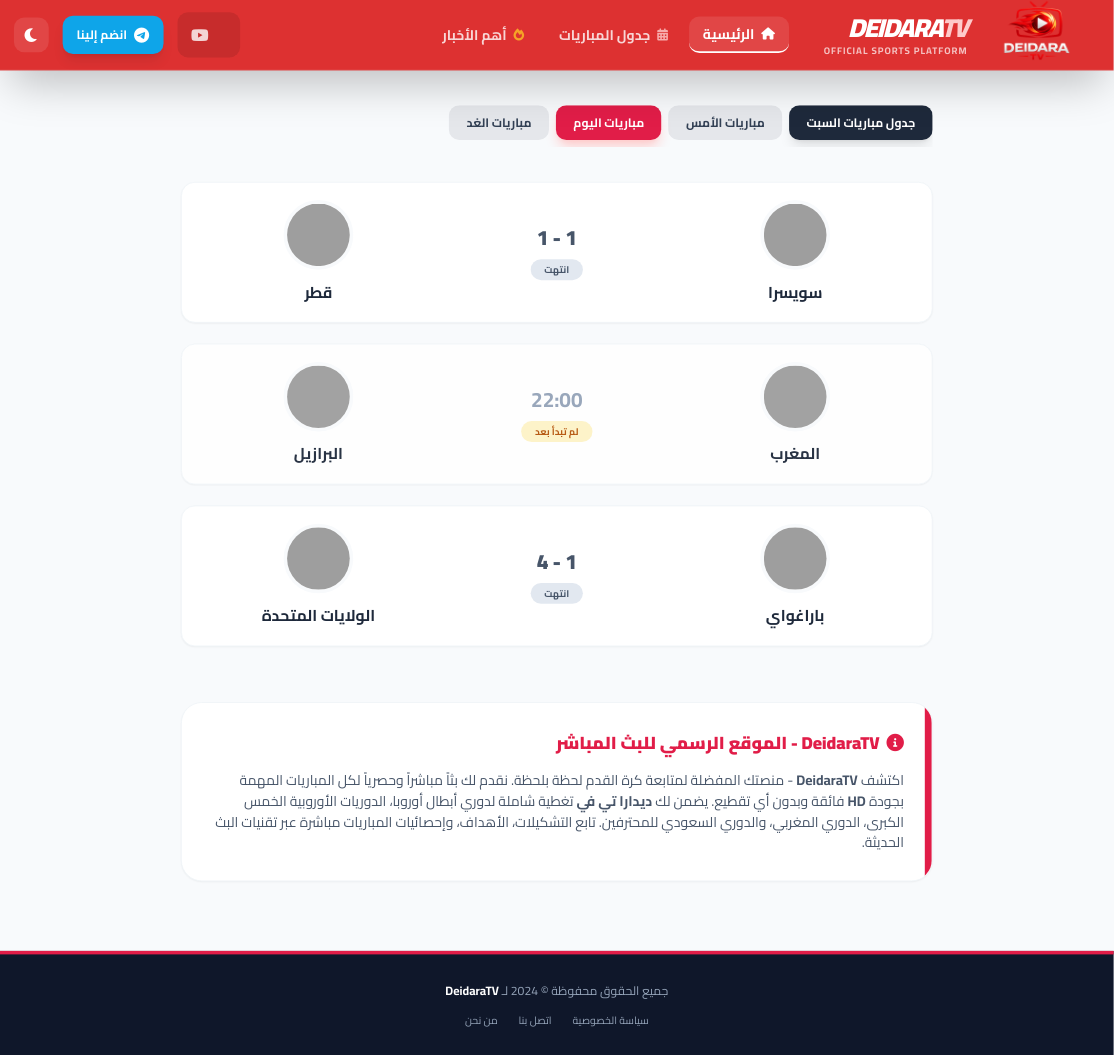
Repository: zakariax05/deidaraTV
Page: index.html
The author's editor kept a copy of each file at every save. The page is drawn from the files as they stood at one save, then again after the next save.
The browser window is 1280 px wide. The pictures show the whole page, at 87% of full size.
Pictures or frames that could not be fetched are drawn as grey boxes. Some web libraries are served in a nearby version.

Above is the page before, as saved 2026-06-14 02:01:14.

### index.html
<!DOCTYPE html>
<html lang="ar" dir="rtl">

<head>
  <meta charset="UTF-8">
  <meta name="viewport" content="width=device-width, initial-scale=1.0">
  <title>DeidaraTV - ديدارا تي في | بث مباشر للمباريات</title>
  <script src="https://cdn.tailwindcss.com"></script>
  <link href="https://cdnjs.cloudflare.com/ajax/libs/font-awesome/6.0.0/css/all.min.css" rel="stylesheet">
  <style>
    @import url('https://fonts.googleapis.com/css2?family=Cairo:wght@400;600;700;900&display=swap');

    body {
      font-family: 'Cairo', sans-serif;
      background-color: #f8fafc;
    }

    .match-card {
      transition: all 0.3s ease;
    }

    .match-card:hover {
      transform: scale(1.01);
      box-shadow: 0 10px 20px -5px rgba(0, 0, 0, 0.1);
    }

    .bg-red-primary {
      background-color: #e11d48;
    }

    .text-red-primary {
      color: #e11d48;
    }

    .border-red-primary {
      border-color: #e11d48;
    }
  </style>
</head>

<body class="text-slate-800">

  <!-- Header / الهيدر -->
  <!-- الهيدر المطور للرئيسية - DeidaraTV -->
  <header
    class="bg-red-600 text-white shadow-2xl sticky top-0 z-[100] backdrop-blur-md bg-opacity-95 border-b border-white/10">
    <div class="container mx-auto px-4">
      <div class="flex justify-between items-center h-16 md:h-20">

        <!-- القسم الأيمن: الشعار والقائمة -->
        <div class="flex items-center gap-6 md:gap-10">
          <!-- اللوجو مع ميزة إعادة التحميل -->
          <div onclick="window.location.reload()"
            class="flex items-center gap-3 cursor-pointer group select-none transition-transform active:scale-95">
            <img src="imgs/logo-deidaratv.png" alt="DeidaraTV Logo"
              class="h-16 md:h-[140px] w-auto object-contain group-hover:brightness-110 transition-all">
            <div class="flex flex-col">
              <h1 class="text-xl md:text-3xl font-black italic tracking-tighter uppercase leading-none">
                Deidara<span class="text-red-200">TV</span>
              </h1>
              <span class="text-[9px] md:text-[11px] font-bold opacity-70 tracking-widest uppercase">Official
                Sports Platform</span>
            </div>
          </div>

          <!-- الروابط الأساسية (تظهر في الشاشات الكبيرة) -->
          <nav class="hidden lg:flex items-center gap-2">
            <a href="#"
              class="flex items-center gap-2 px-4 py-2 rounded-xl bg-white/10 hover:bg-white/20 transition-all font-bold border-b-2 border-white">
              <i class="fas fa-home text-sm"></i> الرئيسية
            </a>
            <a href="#"
              class="flex items-center gap-2 px-4 py-2 rounded-xl hover:bg-white/10 transition-all font-bold opacity-80 hover:opacity-100">
              <i class="fas fa-calendar-alt text-sm text-red-200"></i> جدول المباريات
            </a>
            <a href="#"
              class="flex items-center gap-2 px-4 py-2 rounded-xl hover:bg-white/10 transition-all font-bold opacity-80 hover:opacity-100">
              <i class="fas fa-fire text-sm text-amber-400"></i> أهم الأخبار
            </a>
          </nav>
        </div>

        <!-- القسم الأيسر: أيقونات التواصل والأدوات -->
        <div class="flex items-center gap-2 md:gap-4">

          <!-- أيقونات التواصل الاجتماعي بتنسيق أرقى -->
          <div class="hidden sm:flex items-center bg-black/10 rounded-xl px-2 py-1 gap-1">
            <a href="#" class="p-2 hover:bg-white/10 rounded-lg transition-colors text-white/80 hover:text-white"
              title="Twitter">
              <i class="fab fa-x-twitter text-lg"></i>
            </a>
            <a href="#" class="p-2 hover:bg-white/10 rounded-lg transition-colors text-white/80 hover:text-white"
              title="YouTube">
              <i class="fab fa-youtube text-lg"></i>
            </a>
          </div>

          <!-- زر تليجرام (مميز بلونه الخاص) -->
          <a href="#"
            class="bg-sky-500 hover:bg-sky-400 text-white p-2 md:px-4 md:py-2 rounded-xl transition-all shadow-lg flex items-center gap-2 font-bold text-sm">
            <i class="fab fa-telegram-plane text-lg"></i>
            <span class="hidden md:inline">انضم إلينا</span>
          </a>

          <!-- زر الوضع الليلي -->
          <button
            class="w-10 h-10 flex items-center justify-center rounded-xl bg-white/10 hover:bg-white/20 transition-colors">
            <i class="fas fa-moon text-lg"></i>
          </button>

          <!-- زر الموبايل -->
          <button class="lg:hidden w-10 h-10 flex items-center justify-center rounded-xl bg-white/10 hover:bg-white/20">
            <i class="fas fa-bars text-xl"></i>
          </button>
        </div>

      </div>
    </div>
  </header>

  <!-- Content / المحتوى الرئيسي -->
  <main class="container mx-auto px-4 max-w-4xl mt-10 pb-20">

    <!-- الأزرار العلوية -->
    <div class="flex flex-wrap justify-start gap-2 mb-10 overflow-x-auto pb-2">
      <button class="px-5 py-2.5 bg-slate-800 text-white rounded-xl text-sm font-bold whitespace-nowrap shadow-lg">جدول
        مباريات السبت</button>
      <button
        class="px-5 py-2.5 bg-gray-200 hover:bg-gray-300 text-slate-700 rounded-xl text-sm font-bold transition whitespace-nowrap">مباريات
        الأمس</button>
      <button
        class="px-5 py-2.5 bg-red-primary text-white rounded-xl text-sm font-bold shadow-lg shadow-red-200 whitespace-nowrap">مباريات
        اليوم</button>
      <button
        class="px-5 py-2.5 bg-gray-200 hover:bg-gray-300 text-slate-700 rounded-xl text-sm font-bold transition whitespace-nowrap">مباريات
        الغد</button>
    </div>

    <!-- قائمة المباريات -->
    <div class="space-y-6">

      <!-- مباراة مباشرة -->
      <div
        class="match-card bg-white rounded-2xl p-5 flex items-center justify-between border border-slate-100 shadow-sm">
        <div class="flex flex-col items-center w-1/3">
          <img src="https://flagcdn.com/w160/ch.png" alt="سويسرا"
            class="w-14 h-14 md:w-20 md:h-20 rounded-full object-cover border-4 border-slate-50 shadow-inner mb-3">
          <span class="font-bold text-sm md:text-lg">سويسرا</span>
        </div>

        <div class="flex flex-col items-center w-1/3">
          <div class="text-2xl font-black text-slate-600 mb-2">1 - 1</div>
          <span class="bg-slate-200 text-slate-600 text-[11px] px-4 py-1 rounded-full font-bold">انتهت</span>
        </div>

        <div class="flex flex-col items-center w-1/3">
          <img src="https://flagcdn.com/w160/qa.png" alt="قطر"
            class="w-14 h-14 md:w-20 md:h-20 rounded-full object-cover border-4 border-slate-50 shadow-inner mb-3">
          <span class="font-bold text-sm md:text-lg">قطر</span>
        </div>
      </div>

      <!-- مباراة المغرب (لم تبدأ) -->
      <!-- قمت بتغيير الـ div الأول إلى a وإضافة الرابط و cursor-pointer -->
      <a href="watching-page.html"
        class="match-card bg-white rounded-2xl p-5 flex items-center justify-between border border-slate-100 shadow-sm opacity-95 cursor-pointer hover:bg-slate-50 transition-all block">

        <!-- الفريق الأول -->
        <div class="flex flex-col items-center w-1/3">
          <img src="https://flagcdn.com/w160/ma.png" alt="المغرب"
            class="w-14 h-14 md:w-20 md:h-20 rounded-full object-cover border-4 border-slate-50 shadow-inner mb-3">
          <span class="font-bold text-sm md:text-lg text-slate-800">المغرب</span>
        </div>

        <!-- توقيت المباراة -->
        <div class="flex flex-col items-center w-1/3">
          <div class="text-2xl font-bold text-slate-400 mb-2">22:00</div>
          <span class="bg-amber-100 text-amber-700 text-[11px] px-4 py-1 rounded-full font-bold">لم تبدأ
            بعد</span>
        </div>

        <!-- الفريق الثاني -->
        <div class="flex flex-col items-center w-1/3">
          <img src="https://flagcdn.com/w160/br.png" alt="البرازيل"
            class="w-14 h-14 md:w-20 md:h-20 rounded-full object-cover border-4 border-slate-50 shadow-inner mb-3">
          <span class="font-bold text-sm md:text-lg text-slate-800">البرازيل</span>
        </div>
      </a>

      <!-- مباراة منتهية -->
      <div
        class="match-card bg-white rounded-2xl p-5 flex items-center justify-between border border-slate-100 shadow-sm bg-slate-50/50">
        <div class="flex flex-col items-center w-1/3">
          <img src="https://flagcdn.com/w160/py.png" alt="باراغواي"
            class="w-14 h-14 md:w-20 md:h-20 rounded-full object-cover border-4 border-slate-50 shadow-inner mb-3">
          <span class="font-bold text-sm md:text-lg">باراغواي</span>
        </div>

        <div class="flex flex-col items-center w-1/3">
          <div class="text-2xl font-black text-slate-600 mb-2">1 - 4</div>
          <span class="bg-slate-200 text-slate-600 text-[11px] px-4 py-1 rounded-full font-bold">انتهت</span>
        </div>

        <div class="flex flex-col items-center w-1/3">
          <img src="https://flagcdn.com/w160/us.png" alt="الولايات المتحدة"
            class="w-14 h-14 md:w-20 md:h-20 rounded-full object-cover border-4 border-slate-50 shadow-inner mb-3">
          <span class="font-bold text-sm md:text-lg">الولايات المتحدة</span>
        </div>
      </div>

    </div>

    <!-- SEO / قسم المعلومات -->
    <section
      class="mt-16 bg-white rounded-3xl p-8 border border-slate-100 shadow-sm leading-relaxed relative overflow-hidden">
      <div class="absolute top-0 right-0 w-2 h-full bg-red-primary"></div>
      <h2 class="text-red-primary font-black text-xl mb-4 flex items-center gap-2">
        <i class="fas fa-info-circle"></i> DeidaraTV - الموقع الرسمي للبث المباشر
      </h2>
      <p class="text-slate-600 text-sm md:text-base leading-8">
        اكتشف <strong>DeidaraTV</strong> - منصتك المفضلة لمتابعة كرة القدم لحظة بلحظة. نقدم لك بثاً مباشراً
        وحصرياً لكل المباريات المهمة بجودة <strong>HD</strong> فائقة وبدون أي تقطيع. يضمن لك <strong>ديدارا تي
          في</strong> تغطية شاملة لدوري أبطال أوروبا، الدوريات الأوروبية الخمس الكبرى، الدوري المغربي، والدوري
        السعودي للمحترفين. تابع التشكيلات، الأهداف، وإحصائيات المباريات مباشرة عبر تقنيات البث الحديثة.
      </p>
    </section>

  </main>

  <!-- Footer / الفوتر -->
  <footer class="bg-slate-900 text-slate-400 py-8 text-center border-t-4 border-red-primary">
    <div class="container mx-auto px-4">
      <p class="text-sm">جميع الحقوق محفوظة &copy; 2024 لـ <span class="text-white font-bold">DeidaraTV</span></p>
      <div class="flex justify-center gap-6 mt-4 text-xs">
        <a href="#" class="hover:text-white">سياسة الخصوصية</a>
        <a href="#" class="hover:text-white">اتصل بنا</a>
        <a href="#" class="hover:text-white">من نحن</a>
      </div>
    </div>
  </footer>

</body>

</html>

After the next save:
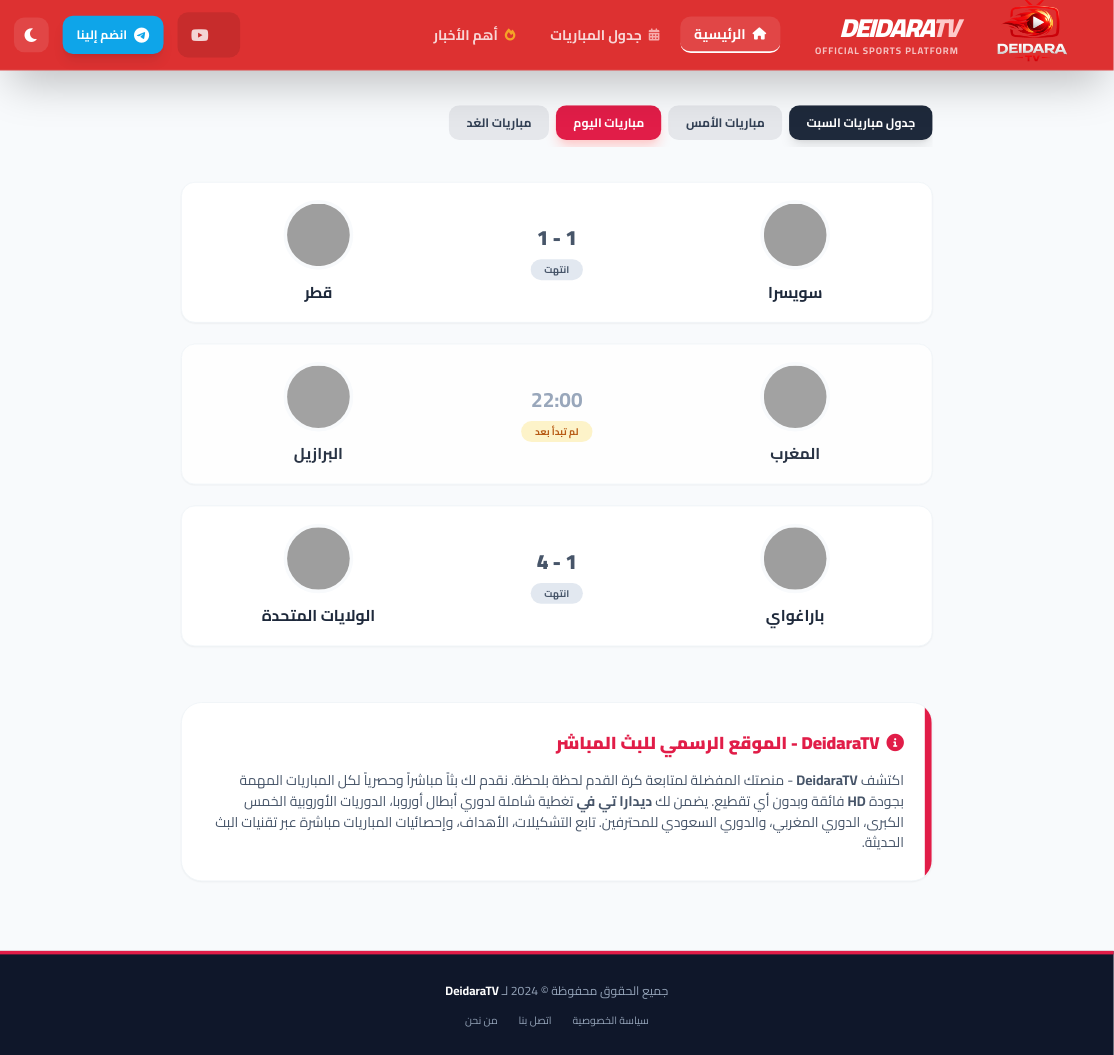
Saved 57 s later.
--- a/index.html
+++ b/index.html
@@ -53,7 +53,7 @@
           <div onclick="window.location.reload()"
             class="flex items-center gap-3 cursor-pointer group select-none transition-transform active:scale-95">
             <img src="imgs/logo-deidaratv.png" alt="DeidaraTV Logo"
-              class="h-16 md:h-[140px] w-auto object-contain group-hover:brightness-110 transition-all">
+              class="h-16 md:h-[150px] w-auto object-contain group-hover:brightness-110 transition-all">
             <div class="flex flex-col">
               <h1 class="text-xl md:text-3xl font-black italic tracking-tighter uppercase leading-none">
                 Deidara<span class="text-red-200">TV</span>
